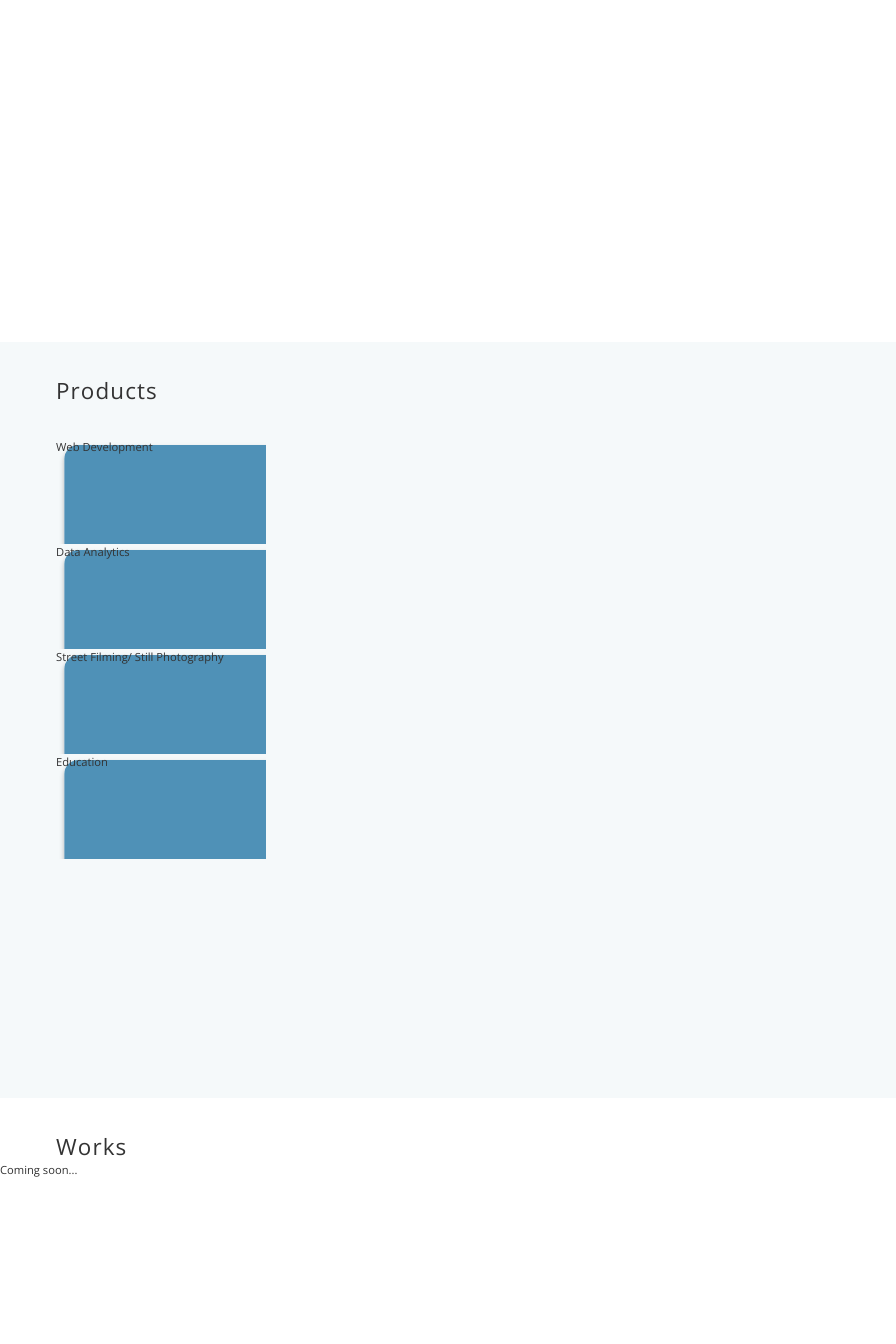
Repository: AirDepot/web
Page: index.html
An editor plug-in stored every save of this project. The page is shown before and after the next save, followed by the edit.
The browser window is 1280 px wide. The pictures show the part of the page from y = 1672 to 3592 px (the page is 6592 px tall), at 70% of full size.

Above is the page before, as saved 2020-02-11 23:47:02.

### index.html
<!DOCTYPE html>
<html lang="ja">
    <head>
        <meta charset="UTF-8">
        <link href="https://fonts.googleapis.com/css?family=Open+Sans:100,300,400,600" rel="stylesheet" type="text/css">
        <link href="http://code.ionicframework.com/ionicons/2.0.1/css/ionicons.min.css" rel="stylesheet" type="text/css">
        <link type="text/css" rel="stylesheet" href="./assets/css/common.css">
        <title>KustomApe</title>
        <meta name=”keywords” content="Python, Web, 映像, 教材, 開発">
        <meta name=”description” content=”Pythonを使ったプロダクト開発のKustomApe。車業界、ストリート映像を軸としたプロダクトDevelopmentユニット。Web開発、データクローリング、映像・写真、プログラミングの教材開発を行っています。”>
    </head>
    <body>
        <div id="wrap">
            <div id="home">
                <header id="header">
                    <h1 id="logo"><a href="#home"><img src="./assets/img/main_logo.svg" alt="KustomApe"></a></h1>
                    <nav id="nav">
                        <ul id="navigations">
                            <li><a href="#about">About</a></li>
                            <li><a href="#products">Products</a></li>
                            <li><a href="#works">Works</a></li>
                            <li><a href="#hackers">Developers</a></li>
                            <li><a href="#contact">Contact</a></li>
                        </ul>
                    </nav>
                </header>
                <div id="header_contents">
                    <p id="ape_icon"><img src="./assets/img/ape_icon.svg" alt="Apeのアイコン画像"></p>
                    <h2 id="concept">Verbalize, makes the best Product.</h2>
                </div>
            </div>
            <div id="about">
                <h3 class="section_titles">About</h3>
                <p id="about_kustomape">KustomApe(カスタムエイプ)はWebをはじめとする車業界、ストリート映像を軸としたDevelopmentユニットです。<br />
                好きを言語化して、プロダクトにすることを得意としています。<br />
                また、自分の生き方の選択肢を広げるため、プログラミング・英語・映像を軸とした教材開発も行っています。<br />
                部品輸入・アパレル輸入・アパレルデザインなども個人に特化した形で提供しております。<br />
                詳しくはProductsをご覧ください。</p>
            </div>
            <div id="products">
                <h3 class="section_titles">Products</h3>
                <ul id="product_contents">
                    <li class="box">Web Development</li>
                    <li class="box">Data Analytics</li>
                    <li class="box">Street Filming/ Still Photography</li>
                    <li class="box">Education</li>
                </ul>
            </div>
            <div id="works">
                <h3 class="section_titles">Works</h3>
                <p class="box unlaunched">Coming soon...</p>
            </div>
            <div id="developers">
                <h3 class="section_titles">Developers</h3>

            </div>
            <div id="contact">
                <h3 class="section_titles">Contact</h3>

            </div>
            <footer id="footer">
                <small>Copyright &copy; 2020 KustomApe All Rights Reserved.</small>
            </footer>
        </div>
    </body>
</html>

### assets/css/common.css
/**********************************************
*** GENERAL
**********************************************/

* {
    margin: 0;
    padding: 0;
    box-sizing: border-box;
}

.clearfix::after {
    content: "";
    display: table;
    clear: both;
}

html {
    overflow: auto;
}

body {
    color: #333;
    font-family: Open Sans, Arial, Helvetica, sans-serif;
    overflow: hidden;
}

ul {
    list-style: none;
}

a {
    text-decoration: none;
}

div#wrap {
    width: 100%;
    margin-top: -3rem;
}

div#home {
    width: 100%;
    height: 1080px;
    background-image: url(../img/wrap_bg.svg);
    background-position: center top;
    background-repeat: no-repeat;
    background-size: cover;
}

header#header {
    width: 100%;
    height: 150px;
    margin-left: 5rem;
}

header#header h1#logo {
    width: 500px;
    margin-top: 3rem;
}

h1#logo img {
    margin-top: 3rem;
    width: 350px;
}

nav#nav {
    margin-top: -4rem;
}

nav#nav ul#navigations {
    display: flex;
    justify-content: center;
    align-items: center;
    list-style: none;
    margin-left: 43rem;
}

nav#nav ul#navigations li {
    padding-right: 3.5rem;
}

nav#nav ul#navigations li a {
    color: #fff;
}

div#header_contents {
    display: inline-flex;
    margin-left: 5rem;
    padding: 15rem 0;
}

div#header_contents h2#concept {
    padding: 4.5rem 1rem;
    letter-spacing: 0.1rem;
    font-weight: 100;
    font-size: 1.5rem;
}

div#header_contents p#ape_icon img {
    width: 200px;
}

h3.section_titles {
    font-size: 2rem;
    font-weight: 500;
    padding-top: 3rem;
    margin-left: 5rem;
    letter-spacing: 0.1rem;
}

div#about {
    width: 100%;
    height: 1080px;
}

div#about p#about_kustomape {
    padding-top: 5rem;
    margin-left: 5rem;
    font-size: 1rem;
    letter-spacing: 0.1rem;
    line-height: 5rem;
}

div#products {
    width: 100%;
    height: 1080px;
    background: #F5F9FA;
}

ul#product_contents {
    display: inline-flexbox;
    margin-left: 5rem;
    margin-top: 3rem;
}

ul#product_contents li {
    width: 300px;
    height: 150px;
    background-image: url(../img/box_bg.svg);
}

div#works {
    width: 100%;
    height: 1080px;
}

div#developers {
    width: 100%;
    height: 1080px;
    background: #F5F9FA;
}

div#contact {
    width: 100%;
    height: 1080px;
}

footer#footer {
    width: 100%;
    height: 7rem;
    background: #285E7F;
}

footer#footer small {
    display: block;
    text-align: center;
    color: #fff;
    padding: 3rem 0;
}

After the next save:
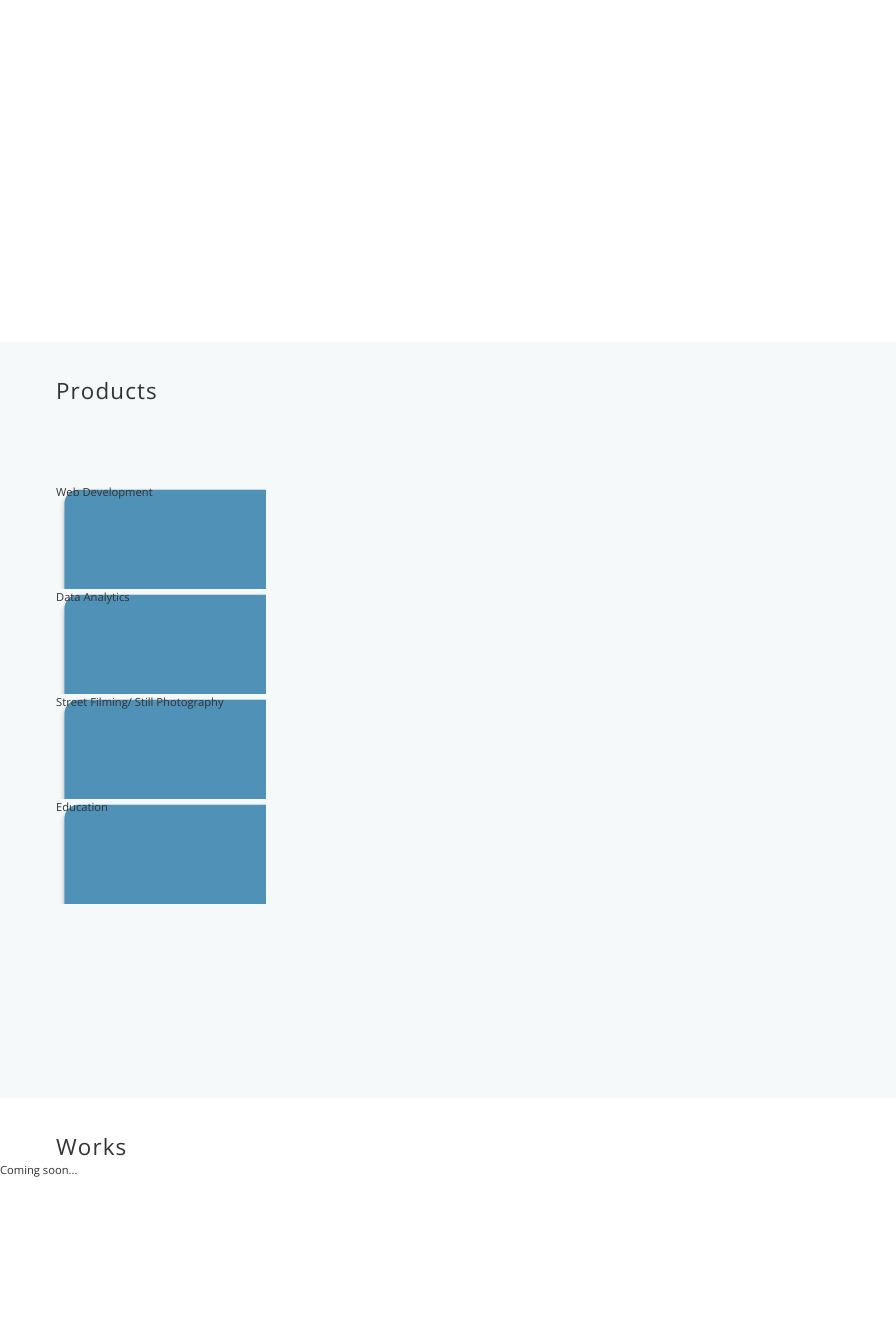
Saved 6 s later.
--- a/assets/css/common.css
+++ b/assets/css/common.css
@@ -129,7 +129,7 @@ div#products {
 ul#product_contents {
     display: inline-flexbox;
     margin-left: 5rem;
-    margin-top: 3rem;
+    margin-top: 7rem;
 }
 
 ul#product_contents li {
